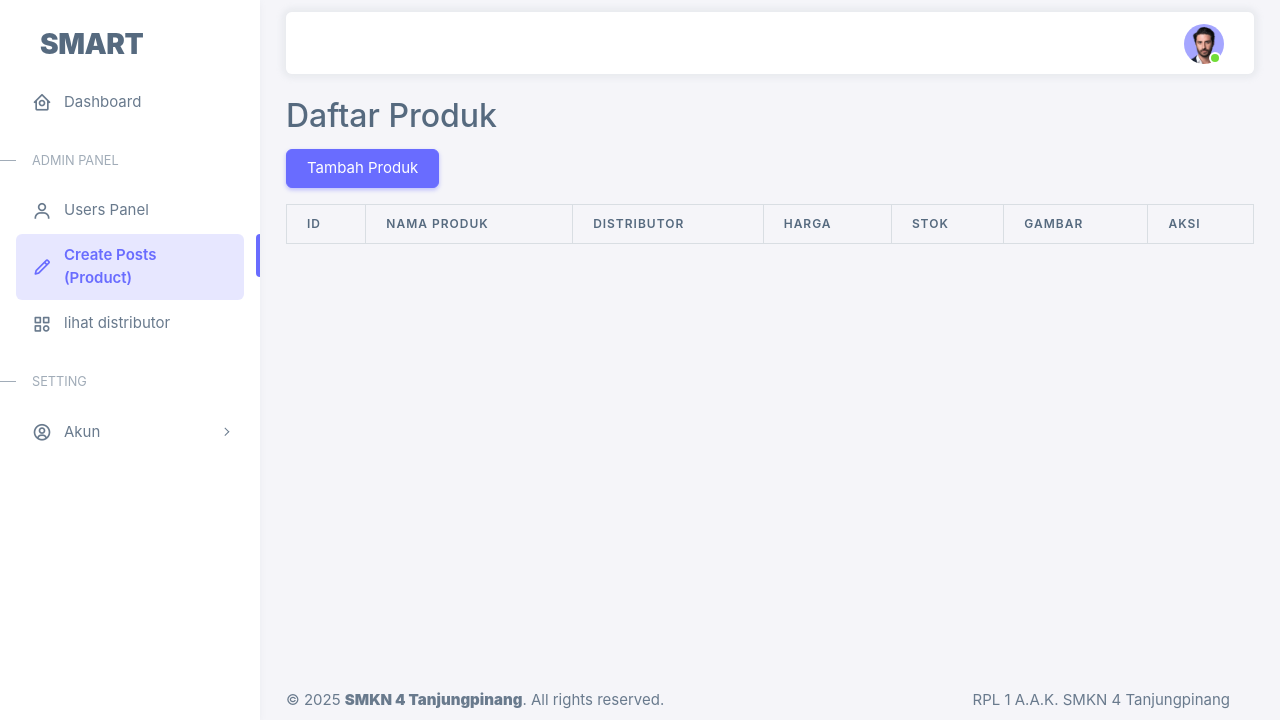
Repository: athalantis/SMart
Page: http://localhost/products.php
The author's editor kept a copy of each file at every save. The page is drawn from the files as they stood at one save, then again after a run of saves.
The browser window is 1280 px wide. The pictures show the whole page.
Some web fonts or font styles are not loaded; a fallback is used. The page is run by PHP 8.4 with error messages shown; the project is at /var/www/html/. The session is filled in as if someone had signed in: {"username": "testuser", "name": "Test User", "role": "admin", "user_id": 1}. Queries for data that is not in the repository find no rows.

Above is the page before, as saved 2025-03-28 13:59:21.

After the next 3 saves:
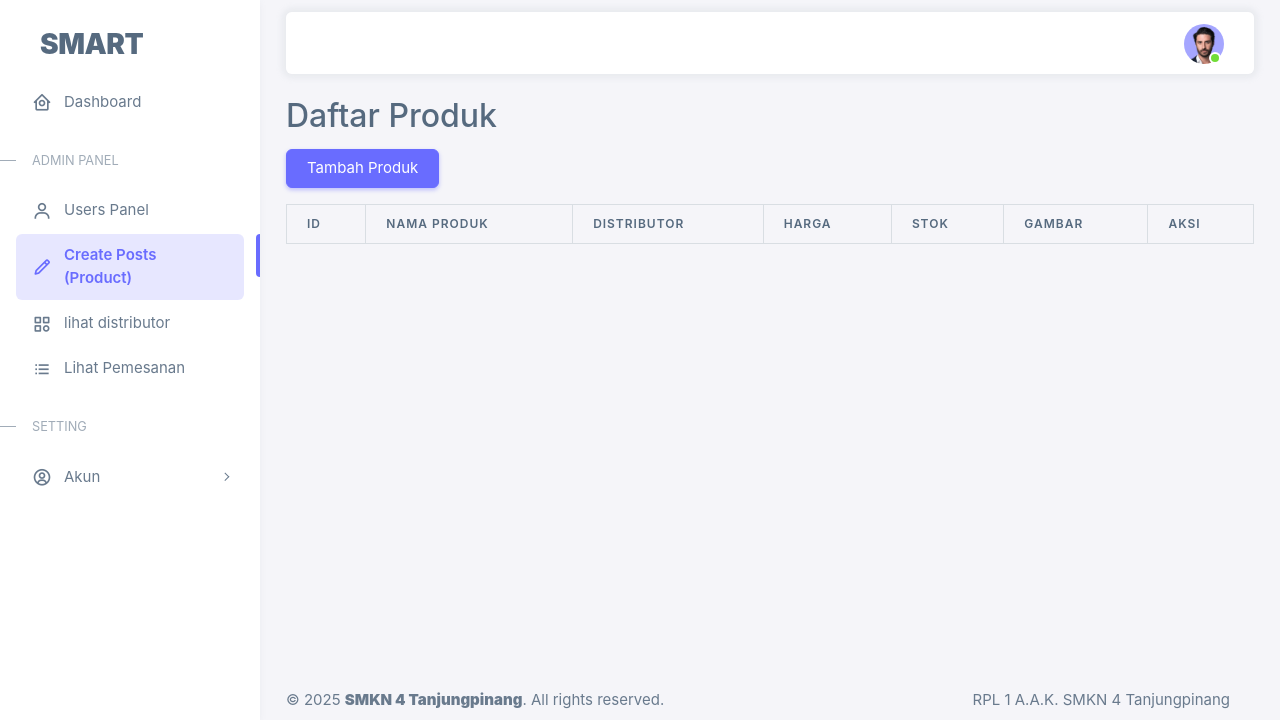
The 3 saves are shown as one change because they came seconds apart.
The last was saved 93 s later.
--- a/.includes/sidemenu.php
+++ b/.includes/sidemenu.php
@@ -98,6 +98,14 @@ $role = $_SESSION['role'] ?? 'user'; // Default role jika tidak ada
               <div data-i18n="Create Category">lihat distributor</div>
             </a>
         </li>
+
+        <li class="menu-item">
+    <a href="admin_pemesanan.php" class="menu-link">
+        <i class="menu-icon tf-icons bx bx-list-ul"></i>
+        <div data-i18n="Order List">Lihat Pemesanan</div>
+    </a>
+</li>
+
         <?php endif; ?>
 
         <!-- Setting -->
